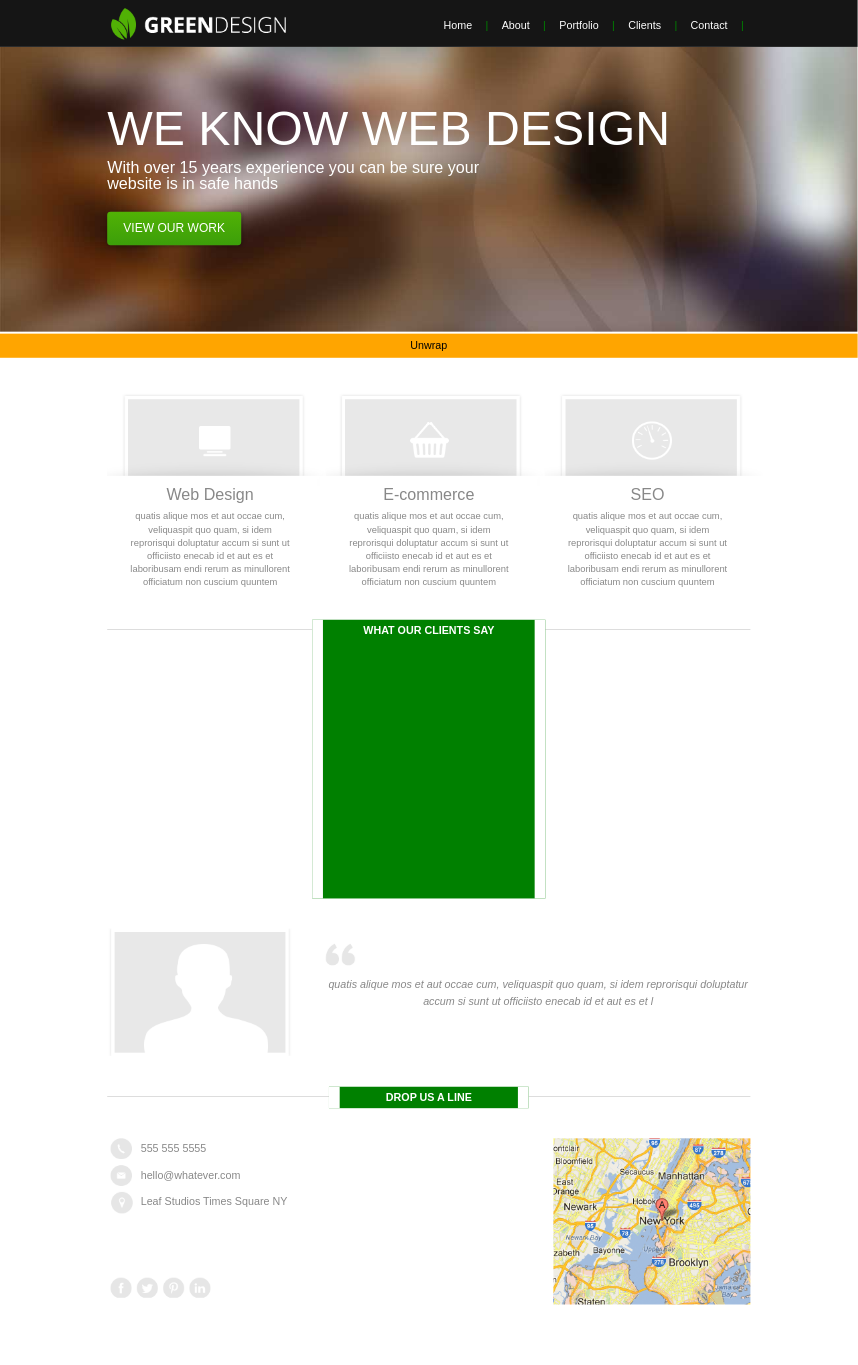
Repository: prathmeshgodbole/Javascript
Page: Basics/Jquery/index.html
These files come from the project's save history. The page is drawn as it stood at one moment and after a run of saves; the edit follows.
The browser window is 1280 px wide. The pictures show the whole page, at 67% of full size.
After loading, the first visible `h2` was clicked once.

Above is the page before, as saved 2020-08-09 11:05:13.

### Basics/Jquery/index.html
<!DOCTYPE html>
<html>

<head>
    <title>Green Design</title>
    <link href="style.css" rel="stylesheet" type="text/css">
    <script src="scripts/jquery-3.5.1.js"></script>
    <!-- <script src="scripts/event_binding.js"></script> -->
    <script src="scripts/animation.js"></script>
</head>

<body>

    <header>
        <div class="wrapper">
            <h1 id="logo">Green Design</h1>
            <nav>
                <h2>Main Navigation</h2>
                <ul>
                    <li><a href="">Home</a><span>|</span></li>
                    <li><a href="">About</a><span>|</span></li>
                    <li><a href="">Portfolio</a><span>|</span></li>
                    <li><a href="">Clients</a><span>|</span></li>
                    <li><a href="">Contact</a><span>|</span></li>
                </ul>
            </nav>
        </div>
    </header>

    <div id="lead-banner">
        <img src="images/banner.jpg" alt="lead banner">
        <div class="banner-overlay">
            <div class="wrapper">
                <div class="banner-title">We Know Web Design</div>
                <p>With over 15 years experience you can be sure your website is in safe hands</p>
                <a href="">View Our Work</a>
            </div>
        </div>
    </div>

    <div id="main-content">
        <div class="button" style="padding:10px;text-align:center;background:orange;">Unwrap
        </div>
        <div class="wrapper">
            <!-- <section id="points-of-sale" style="height: 0;overflow: hidden;"> -->
            <section id="points-of-sale">
                <h2>Points of Sale</h2>
                <ul>
                    <li>
                        <img src="images/cs-1.png" alt="web design">
                        <h3>Web Design</h3>
                        <p>quatis alique mos et aut occae cum, veliquaspit quo quam, si idem reprorisqui doluptatur accum si sunt ut officiisto enecab id et aut es et laboribusam endi rerum as minullorent officiatum non cuscium quuntem</p>
                    </li>
                    <li>
                        <img src="images/cs-2.png" alt="e-commerce">
                        <h3>E-commerce</h3>
                        <p>quatis alique mos et aut occae cum, veliquaspit quo quam, si idem reprorisqui doluptatur accum si sunt ut officiisto enecab id et aut es et laboribusam endi rerum as minullorent officiatum non cuscium quuntem</p>
                    </li>
                    <li>
                        <img src="images/cs-3.png" alt="seo">
                        <h3>SEO</h3>
                        <p>quatis alique mos et aut occae cum, veliquaspit quo quam, si idem reprorisqui doluptatur accum si sunt ut officiisto enecab id et aut es et laboribusam endi rerum as minullorent officiatum non cuscium quuntem</p>
                    </li>
                </ul>
            </section>

            <section id="clients">
                <h2>What Our Clients Say</h2>
                <img src="images/head.png" alt="quote">
                <blockquote>quatis alique mos et aut occae cum, veliquaspit quo quam, si idem reprorisqui doluptatur accum si sunt ut officiisto enecab id et aut es et l</blockquote>
            </section>

            <section id="contact">
                <h2>Drop Us A Line</h2>
                <ul id="contact-methods">
                    <li>555 555 5555</li>
                    <li>hello@whatever.com</li>
                    <li>
                        <span>Leaf Studios</span>
                        <span>Times Square</span>
                        <span>NY</span>
                    </li>
                </ul>

                <img src="images/map.png" alt="map">

                <ul id="social-nav">
                    <li class="facebook"><a href="">Facebook</a></li>
                    <li class="twitter"><a href="">Twitter</a></li>
                    <li class="pinterest"><a href="">Pinterest</a></li>
                    <li class="linked-in"><a href="">Linked In</a></li>
                </ul>

            </section>
        </div>

    </div>
    <!-- <script src="scripts/jquery-3.5.1.js"></script> -->
    <!-- <script src="scripts/selector.js"></script> -->
    <!-- <script src="scripts/filter.js"></script> -->
    <!-- <script src="scripts/Travers_DOM.js"></script> -->
    <!-- <script src="scripts/adding-content.js"></script> -->
    <!-- <script src="scripts/wrap_unwrap.js"></script> -->
    <!-- <script src="scripts/remove.js"></script> -->
    <!-- <script src="scripts/changing_attr.js"></script> -->
    <!-- <script src="scripts/css_jQuery.js"></script> -->
    <!-- <script src="scripts/Add_Remove_class.js"></script> -->
    <!-- <script src="scripts/event_binding.js"></script> -->

</body>

</html>

### Basics/Jquery/style.css
html,
body,
div,
span,
object,
iframe,
h1,
h2,
h3,
h4,
h5,
h6,
p,
blockquote,
pre,
abbr,
address,
cite,
code,
del,
dfn,
em,
img,
ins,
kbd,
q,
samp,
small,
strong,
sub,
sup,
var,
b,
i,
dl,
dt,
dd,
ol,
ul,
li,
fieldset,
form,
label,
legend,
table,
caption,
tbody,
tfoot,
thead,
tr,
th,
td,
article,
aside,
canvas,
details,
figcaption,
figure,
footer,
header,
hgroup,
menu,
nav,
section,
summary,
time,
mark,
audio,
video {
    margin: 0;
    padding: 0;
    border: 0;
    outline: 0;
    font-size: 100%;
    vertical-align: baseline;
    background: transparent;
    font-family: arial;
}

body {
    line-height: 1;
}

article,
aside,
details,
figcaption,
figure,
footer,
header,
hgroup,
menu,
nav,
section {
    display: block;
}

nav ul {
    list-style: none;
}

blockquote,
q {
    quotes: none;
}

blockquote:before,
blockquote:after,
q:before,
q:after {
    content: '';
    content: none;
}

a {
    margin: 0;
    padding: 0;
    font-size: 100%;
    vertical-align: baseline;
    background: transparent;
}


/* change colours to suit your needs */

ins {
    background-color: #ff9;
    color: #000;
    text-decoration: none;
}


/* change colours to suit your needs */

mark {
    background-color: #ff9;
    color: #000;
    font-style: italic;
    font-weight: bold;
}

del {
    text-decoration: line-through;
}

abbr[title],
dfn[title] {
    border-bottom: 1px dotted;
    cursor: help;
}

table {
    border-collapse: collapse;
    border-spacing: 0;
}


/* change border colour to suit your needs */

hr {
    display: block;
    height: 1px;
    border: 0;
    border-top: 1px solid #cccccc;
    margin: 1em 0;
    padding: 0;
}

input,
select {
    vertical-align: middle;
}


/*//////////// end css reset //////////*/

.wrapper {
    width: 100%;
    max-width: 960px;
    margin: 0 auto;
}

header {
    background: #151515;
}

header:after {
    content: "";
    display: block;
    clear: both;
}

#logo {
    background: url(images/logo.png) no-repeat;
    height: 70px;
    width: 280px;
    float: left;
    text-indent: -10000px;
}

header nav {
    float: right;
    margin-top: 30px;
    margin-right: 10px;
}

header nav a {
    color: #fff;
    text-decoration: none;
    font-family: arial;
}

header nav h2 {
    height: 0;
    text-indent: -10000px;
}

header nav li {
    float: left;
    margin-left: 20px;
}

header nav span {
    color: green;
    margin-left: 20px;
}

#lead-banner img {
    width: 100%;
}

#lead-banner {
    max-height: 440px;
    overflow: hidden;
    position: relative;
}

.banner-overlay {
    position: absolute;
    top: 20%;
    width: 100%;
}

.banner-title {
    color: #fff;
    text-transform: uppercase;
    font-size: 72px;
}

#lead-banner p {
    color: #fff;
    font-size: 24px;
    max-width: 600px;
    margin-top: 10px;
}

#lead-banner a {
    /* Permalink - use to edit and share this gradient: http://colorzilla.com/gradient-editor/#51b205+0,3c9e0a+100 */
    background: #51b205;
    /* Old browsers */
    background: -moz-linear-gradient(top, #51b205 0%, #3c9e0a 100%);
    /* FF3.6+ */
    /*7-8-2020 background: -webkit-gradient(linear, left top, left bottom, color-stop(0%, #51b205), color-stop(100%, #3c9e0a)); */
    /* Chrome,Safari4+ */
    background: -webkit-linear-gradient(top, #51b205 0%, #3c9e0a 100%);
    /* Chrome10+,Safari5.1+ */
    background: -o-linear-gradient(top, #51b205 0%, #3c9e0a 100%);
    /* Opera 11.10+ */
    /* 7-8-2020 background: -ms-linear-gradient(top, #51b205 0%, #3c9e0a 100%); */
    /* IE10+ */
    background: linear-gradient(to bottom, #51b205 0%, #3c9e0a 100%);
    /* W3C */
    /* 7-8-2020 filter: progid: DXImageTransform.Microsoft.gradient( startColorstr='#51b205', endColorstr='#3c9e0a', GradientType=0); */
    /* IE6-9 */
    color: #fff;
    display: block;
    width: 200px;
    font-size: 18px;
    text-align: center;
    padding: 16px 0;
    text-decoration: none;
    border-radius: 5px;
    text-transform: uppercase;
    margin-top: 30px;
    box-shadow: 1px 1px 6px rgba(0, 0, 0, 0.4);
}

section {
    margin: 40px 0 60px;
}

section:after {
    content: "";
    display: block;
    clear: both;
}

section#points-of-sale ul {
    list-style-type: none;
}

#points-of-sale h2 {
    height: 0;
    text-indent: -10000px;
}

#points-of-sale li {
    float: left;
    width: 32%;
}

#points-of-sale li:nth-child(2) {
    margin: 0 2%;
}

#points-of-sale li h3 {
    text-align: center;
    color: #888;
    font-size: 24px;
    font-weight: normal;
    margin-bottom: 10px;
}

#points-of-sale p {
    text-align: center;
    width: 80%;
    margin: 0 10%;
    font-size: 14px;
    color: #888;
    line-height: 1.4em;
}

#clients,
#contact {
    border-top: 1px solid #ccc;
    padding-top: 30px
}

#clients h2,
#contact h2 {
    background: green;
    color: #fff;
    padding: 8px;
    text-align: center;
    width: 250px;
    text-transform: uppercase;
    position: relative;
    top: -45px;
    margin: 0 auto;
    border-left: 16px solid #fff;
    border-right: 16px solid #fff;
}

#clients img {
    float: left;
    width: 30%;
}

#clients blockquote {
    float: right;
    width: 66%;
    margin-top: 20px;
    text-align: center;
    font-style: italic;
    line-height: 1.6em;
    color: #888;
    padding-top: 50px;
    background: url(images/quote.png) no-repeat top left;
}

#contact-methods {
    float: left;
}

#contact-methods li {
    list-style-type: none;
    color: #888;
    line-height: 30px;
    clear: left;
}

#contact-methods li:before {
    content: "";
    display: block;
    width: 40px;
    height: 40px;
    float: left;
    margin-right: 10px;
    background: url(images/logo-sprite.png) no-repeat;
}

#contact-methods li:nth-child(1):before {
    background-position: -158px 0;
}

#contact-methods li:nth-child(2):before {
    background-position: -198px 0;
}

#contact-methods li:nth-child(3):before {
    background-position: -238px 0;
}

#contact img {
    float: right;
}

#social-nav {
    clear: both;
    position: relative;
    top: -40px;
}

#social-nav li {
    list-style-type: none;
    float: left;
    width: 40px;
    height: 30px;
    background: url(images/logo-sprite.png) no-repeat;
    text-indent: -10000px;
}

#social-nav li:nth-child(2) {
    background-position: -40px 0;
}

#social-nav li:nth-child(3) {
    background-position: -80px 0;
}

#social-nav li:nth-child(4) {
    background-position: -120px 0;
}

#social-nav a {
    display: block;
    width: 100%;
    height: 100%;
}

.open {
    height: auto !Important;
}

### Basics/Jquery/scripts/animation.js
$(document).ready(function() {

    $("section > h2").on("click", function() {
        $(this).animate({ "width": "300px", "height": "400px" });
    });

});

Loaded but not shown: Basics/Jquery/scripts/jquery-3.5.1.js (library)

After the next 2 saves:
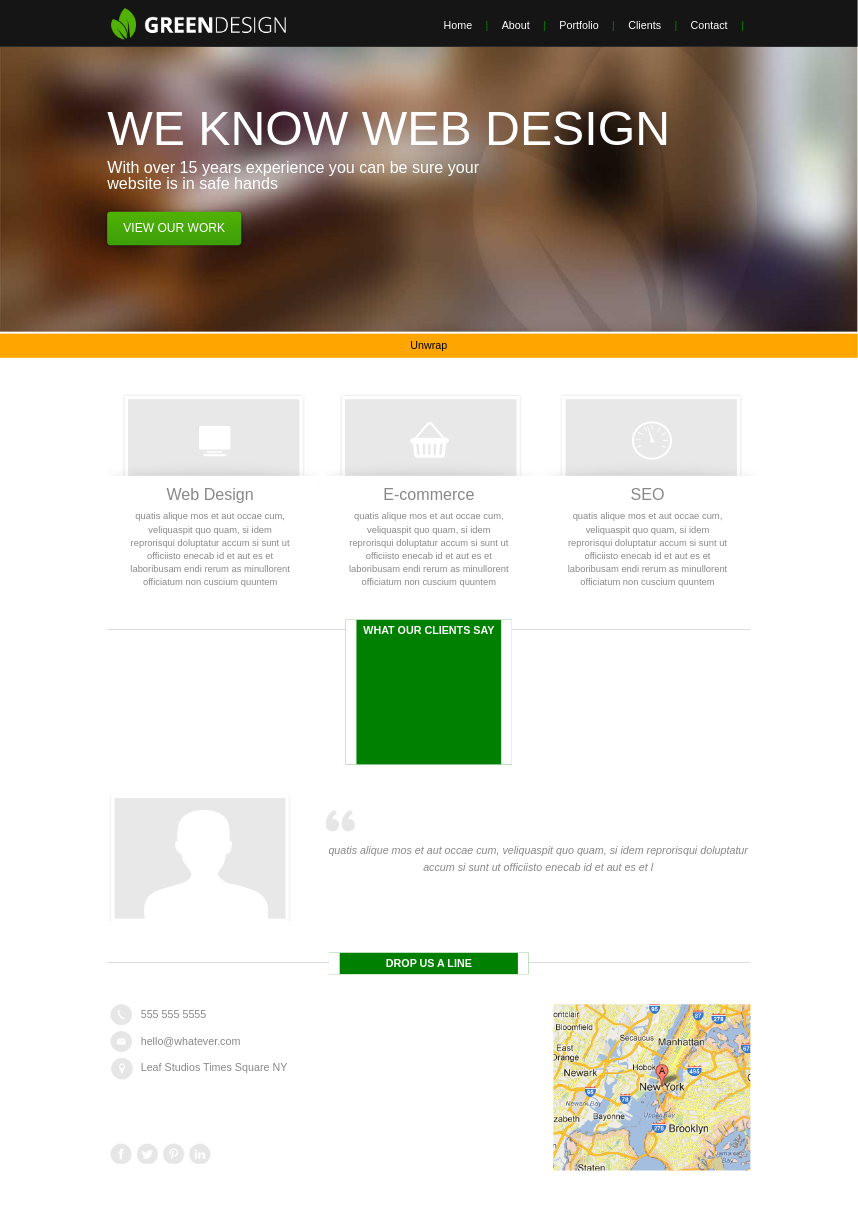
The 2 saves are shown as one change because they came seconds apart.
The last was saved 42 s later.
--- a/Basics/Jquery/scripts/animation.js
+++ b/Basics/Jquery/scripts/animation.js
@@ -1,7 +1,7 @@
 $(document).ready(function() {
 
     $("section > h2").on("click", function() {
-        $(this).animate({ "width": "300px", "height": "400px" });
+        $(this).animate({ "width": "200px", "height": "200px" });
     });
 
 });
